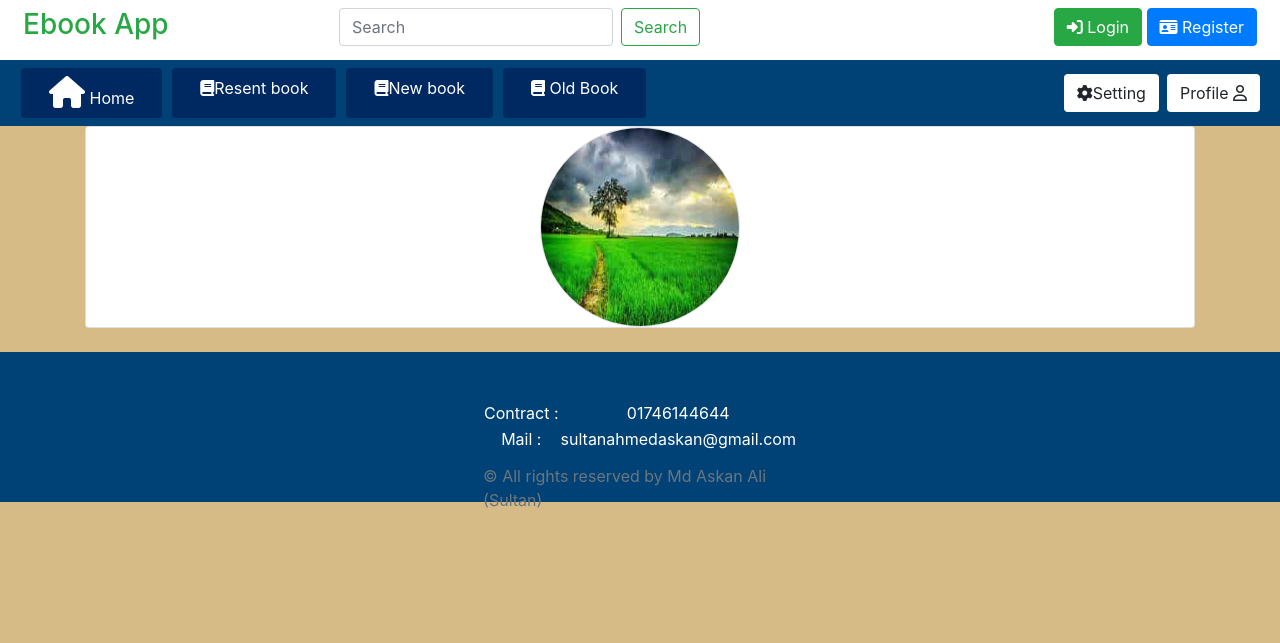
Repository: sultanaskan/EbookApp
Page: http://localhost/ebook/profile.jsp
The author's editor kept a copy of each file at every save. The page is drawn from the files as they stood at one save, then again after the next save.
The browser window is 1280 px wide. The pictures show the whole page.
The page is served by Tomcat 9.

Above is the page before, as saved 2024-05-06 08:01:29.

After the next save:
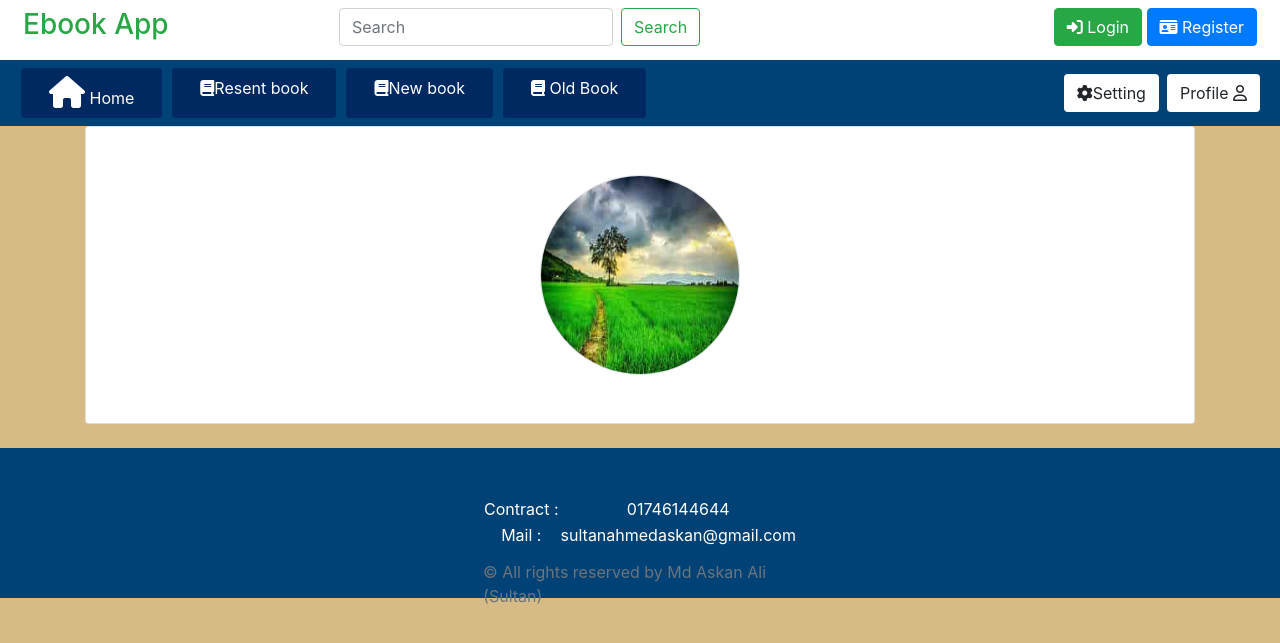
Saved 24 s later.
--- a/ebook/src/main/webapp/profile.jsp
+++ b/ebook/src/main/webapp/profile.jsp
@@ -24,7 +24,7 @@
 	<div class="container">
 		<div class="card text-center">
 
-			<div class="" ">
+			<div class="m-5" ">
 				<img height="200px" width="200px"
 					class="rounded-circle border w-5 h-5 r " alt=""
 					src="data:[embedded picture, 7115 characters]">
